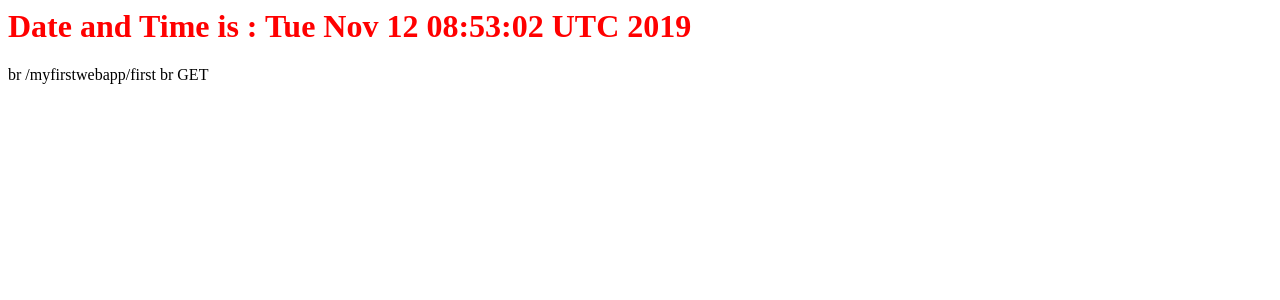
Repository: abhinavk718/servlet-project
Page: http://localhost/myfirstwebapp/first
The author's editor kept a copy of each file at every save. The page is drawn from the files as they stood at one save, then again after the next save.
The browser window is 1280 px wide. The pictures show the whole page.
The page is served by Tomcat 9. Other server files are loaded and not shown.

Above is the page before, as saved 2019-11-13 05:53:11.

### myfirstwebapp/src/com/tyss/myfirstwebapp/servlets/MyFirstServlet.java
package com.tyss.myfirstwebapp.servlets;

import java.io.IOException;
import java.io.PrintWriter;
import java.util.Date;

import javax.servlet.ServletException;
import javax.servlet.http.HttpServlet;
import javax.servlet.http.HttpServletRequest;
import javax.servlet.http.HttpServletResponse;

public class MyFirstServlet extends HttpServlet
{
	@Override
	protected void doGet(HttpServletRequest req, HttpServletResponse resp) throws ServletException, IOException
	{
		//PrintWriter p = new PrintWriter(""); should not create printwriter object like this
		PrintWriter out=resp.getWriter();
		resp.setContentType("text/html");
		out.println("<html>");
		out.println("<body>");

		Date date=new Date();
		out.println("<h1 style='color:red'>Date and Time is :");
		out.println(date.toString());
		out.println("</h1>");

		String url=req.getRequestURI();
		String method=req.getMethod();
		out.println("br");
		out.println(url);
		out.println("br");
		out.println(method);

		out.println("</body>");
		out.println("</html>");
	}//end of foGet
}//end of MyFirstServlet

After the next save:
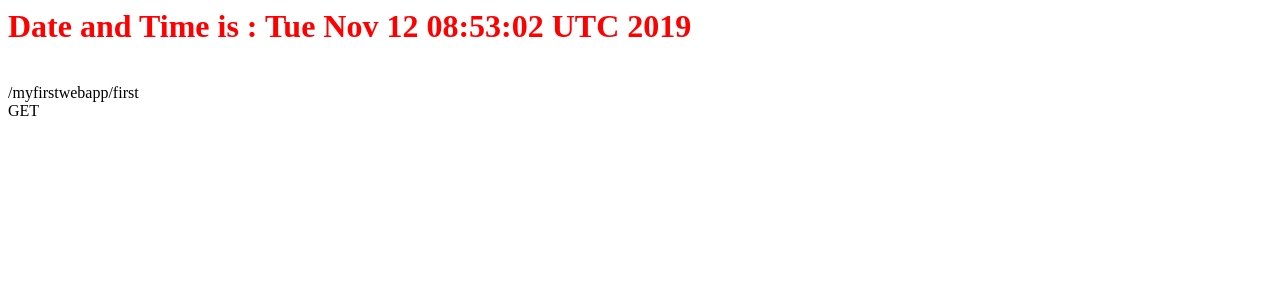
Saved 3 min 37 s later.
--- a/myfirstwebapp/src/com/tyss/myfirstwebapp/servlets/MyFirstServlet.java
+++ b/myfirstwebapp/src/com/tyss/myfirstwebapp/servlets/MyFirstServlet.java
@@ -27,9 +27,9 @@ public class MyFirstServlet extends HttpServlet
 
 		String url=req.getRequestURI();
 		String method=req.getMethod();
-		out.println("br");
+		out.println("<br>");
 		out.println(url);
-		out.println("br");
+		out.println("<br>");
 		out.println(method);
 
 		out.println("</body>");
